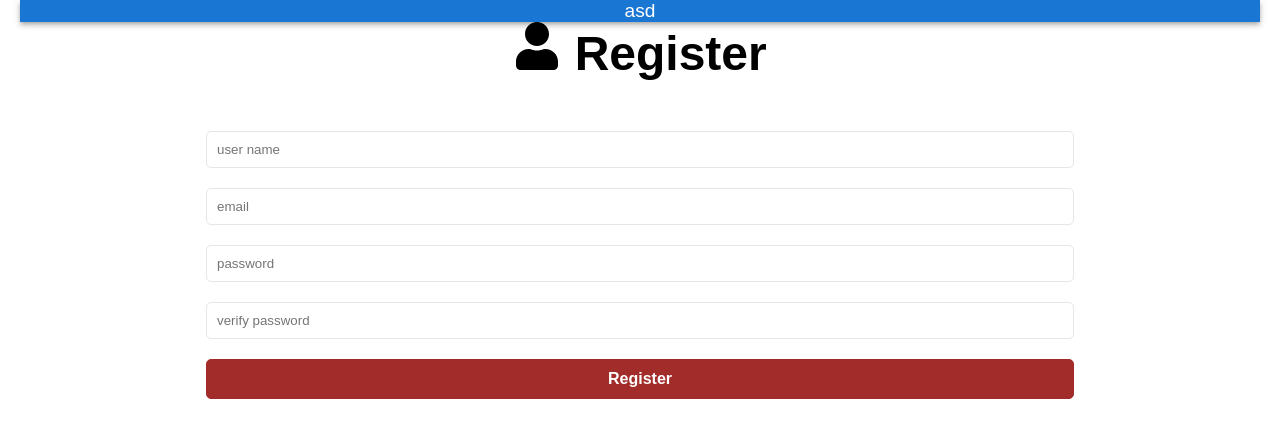
Repository: halilhaninan/MERNSTACK-Note-App
Page: /register (app in frontend/)
The author's editor kept a copy of each file at every save. The page is drawn from the files as they stood at one save, then again after the next save.
The browser window is 1280 px wide. The pictures show the whole page.
The project was rebuilt for these pictures with package versions that can differ from the ones it lists, and the page was loaded fresh each time. Also part of the build but not shown: frontend/src/Components/NotForm.jsx, frontend/src/Components/Spinner.jsx, frontend/src/Components/Not.jsx, frontend/src/pages/Dashboard.jsx, frontend/src/pages/Login.jsx, frontend/src/features/counter/counterSlice.js, frontend/src/features/counter/counter.js, frontend/src/App.css.

Above is the page before, as saved 2022-09-03 10:57:32.

### frontend/src/index.js
import React from "react";
import ReactDOM from "react-dom";
import "./index.css";
import App from "./App";

import { store } from "./app/store";
import { Provider } from "react-redux";

// import { createStore } from "redux";
// import { Provider } from "react-redux";
// import butunRreducerler from "./reducers";

// const hesapla = (state = 0, action) => {
//   switch (action.type) {
//     case "topla":
//       return state + 1;
//     case "cikar":
//       return state - 1;
//     default:
//       return state;
//   }
// };

// let store = createStore(
//   butunRreducerler,
//   window.__REDUX_DEVTOOLS_EXTENSION__ && window.__REDUX_DEVTOOLS_EXTENSION__()
// );

// store.subscribe(() => console.log(store.getState()));
//const root = ReactDOM.createRoot(document.getElementById("root"));
ReactDOM.render(
  <Provider store={store}>
    <App />
  </Provider>,
  document.getElementById("root")
);

// If you want to start measuring performance in your app, pass a function
// to log results (for example: reportWebVitals(console.log))
// or send to an analytics endpoint. Learn more: https://bit.ly/CRA-vitals

### frontend/src/index.css
@import url("https://fonts.googleapis.com/css2?family=Lobster&display=swap");

* {
  margin: 0;
  padding: 0;
  box-sizing: border-box;
}

body {
  font-family: Arial, Helvetica, sans-serif;
  height: 100vh;
  font-size: larger;
}

a {
  text-decoration: none;
  color: #000;
}

p {
  line-height: 1.7;
}

ul {
  list-style: none;
}

li {
  line-height: 2.2;
}

h1,
h2,
h3 {
  font-weight: 600;
  margin-bottom: 10px;
}

.container {
  width: 100%;
  max-width: 1500px;
  margin: 0 auto;
  padding: 0 20px;
  text-align: center;
}

.header {
  display: flex;
  justify-content: space-between;
  align-items: center;
  padding: 20px 0;
  border-bottom: 1px solid #e6e6e6;
  margin-bottom: 60px;
}

.header ul {
  display: flex;
  align-items: center;
  justify-content: space-between;
}

.header ul li {
  margin-left: 20px;
}

.header ul li a {
  display: flex;
  align-items: center;
  color: #a22c29;
}

.header ul li a:hover {
  color: #f27059;
}

.header ul li a svg {
  margin-right: 5px;
}

.heading {
  font-size: 2rem;
  font-weight: 700;
  margin-bottom: 50px;
  padding: 0 20px;
}

.heading p {
  color: #828282;
}

.notlar {
  display: grid;
  grid-template-columns: repeat(3, 1fr);
  gap: 10px;
}

.not {
  background-color: #f4f4f4;
  margin: 10px 0;
  padding: 20px 0 10px;
  position: relative;
}

.not .close {
  position: absolute;
  top: 10px;
  right: 15px;
  cursor: pointer;
  border: none;
  background: none;
}

.form,
.content {
  width: 70%;
  margin: 0 auto;
}

.form-group {
  margin-bottom: 10px;
}

.form-group input,
.form-group textarea,
.form-group select {
  width: 100%;
  padding: 10px;
  border: 1px solid #e6e6e6;
  border-radius: 5px;
  margin-bottom: 10px;
  font-family: inherit;
}

.form-group label {
  text-align: left;
  display: block;
  margin: 0 0 5px 3px;
}

.btn {
  padding: 10px 20px;
  border: 1px solid #a22c29;
  border-radius: 5px;
  background: #a22c29;
  color: #fff;
  font-size: 16px;
  font-weight: 700;
  cursor: pointer;
  text-align: center;
  appearance: button;
  display: flex;
  align-items: center;
  justify-content: center;
}

.btn svg {
  margin-right: 8px;
}

.btn-reverse {
  background: #fff;
  color: #000;
}

.btn-block {
  width: 100%;
  margin-bottom: 20px;
}

.btn-add {
  background: #34a0a4 !important;
  border: 1px solid #34a0a4;
}

.btn:hover {
  transform: scale(0.98);
}

.loadingSpinnerContainer {
  position: fixed;
  top: 0;
  right: 0;
  bottom: 0;
  left: 0;
  background-color: rgba(0, 0, 0, 0.5);
  z-index: 5000;
  display: flex;
  justify-content: center;
  align-items: center;
}

.loadingSpinner {
  width: 64px;
  height: 64px;
  border: 8px solid;
  border-color: #000 transparent #555 transparent;
  border-radius: 50%;
  animation: spin 1.2s linear infinite;
}

@keyframes spin {
  0% {
    transform: rotate(0deg);
  }
  100% {
    transform: rotate(360deg);
  }
}

@media (max-width: 960px) {
  .notlar {
    grid-template-columns: repeat(2, 1fr);
  }
}

@media (max-width: 600px) {
  .form {
    width: 90%;
  }

  .heading h1 {
    font-size: 2rem;
  }

  .heading p {
    font-size: 1.5rem;
  }

  .notlar {
    grid-template-columns: repeat(1, 1fr);
  }
}

### frontend/src/App.js
import { BrowserRouter as Router, Routes, Route } from "react-router-dom";
import Header from "./Components/Header";
import Dashboard from "./pages/Dashboard";
import Login from "./pages/Login";
import Register from "./pages/Register";

// import { useSelector, useDispatch } from "react-redux";
// import { girisYap, topla, cikar } from "./actions";

import { ToastContainer } from "react-toastify";
import "react-toastify/dist/ReactToastify.css";
import Counter from "./features/counter/counter";
import "./App.css";

function App() {
  // return (
  //   <div>
  //     <Counter />
  //   </div>
  // );
  return (
    <>
      <Router>
        <div className="container">
          <Header></Header>
          <Routes>
            <Route path="/" element={<Dashboard />} />
            <Route path="/register" element={<Register />} />
            <Route path="/login" element={<Login />} />
          </Routes>
        </div>
      </Router>
      <ToastContainer />
    </>
  );
  //
  //
  //
  // const giris = useSelector((state) => state.giris);
  // const hesapla = useSelector((state) => state.hesapla);
  // const dispatch = useDispatch();
  // return (
  //   <div className="app">
  //     {giris ? (
  //       <>
  //         {hesapla}
  //         <button onClick={() => dispatch(topla())}>+</button>
  //         <button onClick={() => dispatch(cikar())}>-</button>
  //       </>
  //     ) : (
  //       <>
  //         <h3>please sign in</h3>
  //         <button onClick={() => dispatch(girisYap())}>sign in</button>
  //       </>
  //     )}
  //   </div>
  // );
}

export default App;

### frontend/src/app/store.js
import { configureStore } from "@reduxjs/toolkit";

import authReducer from "../features/auth/authSlice";
import notReducer from "../features/data/dataSlice";

export const store = configureStore({
  reducer: {
    auth: authReducer,
    notlar: notReducer,
  },
});

// yeni not olustururken altta olan kod gibi dataslice olustur sonra store.js den import et reducer ile tanimla ++ data service olusturuluyor

// import { createSlice, createAsyncThunk } from "@reduxjs/toolkit";

// const initialState = {
//   notlar: [],
//   isHata: false,
//   isBasari: false,
//   isYkleniyor: false,
//   mesaj: "",
// };

// export const notSlice = createSlice({
//   name: "notlar",
//   initialState,
//   reducers: {
//     reset: (state) => initialState,
//   },
// });

// export const { reset }  = notSlice.actions;
// export default notSlice.reducer;

### frontend/src/Components/Header.jsx
import React from "react";
import { FaSignInAlt, FaSignOutAlt, FaUser, FaPen } from "react-icons/fa";
import { Link, useNavigate } from "react-router-dom";
import { useSelector, useDispatch } from "react-redux";
import { logout, reset } from "../features/auth/authSlice";
import AppBar from "@mui/material/AppBar";
import { Toolbar, Typography, Button } from "@mui/material";
import { Login, Face, Home, Logout } from "@mui/icons-material";

function Header() {
  const navigate = useNavigate();
  const dispatch = useDispatch();

  const { kullanici } = useSelector((state) => state.auth);

  const onLogout = () => {
    dispatch(logout());
    dispatch(reset());
    navigate("/login");
  };

  return (
    <AppBar position="static" color="primary">
      asd
    </AppBar>
  );

  // return (
  //   <header className="header">
  //     <h2>mongo db test app </h2>
  //     <div className="logo"></div>
  //     <ul>
  //       {kullanici ? (
  //         <>
  //           <li>
  //             <Link to="/">
  //               <FaPen /> Create Note
  //             </Link>
  //           </li>
  //           <li>
  //             <button className="btn" onClick={onLogout}>
  //               Logout{" "}
  //             </button>
  //           </li>
  //         </>
  //       ) : (
  //         <>
  //           <li>
  //             <Link to="/login">
  //               <FaSignInAlt /> Login
  //             </Link>
  //           </li>
  //           <li>
  //             <Link to="/register">
  //               <FaUser /> Register
  //             </Link>
  //           </li>
  //         </>
  //       )}
  //     </ul>
  //   </header>
  // );
}

export default Header;

### frontend/src/pages/Register.jsx
import React, { useState } from "react";
import { useEffect } from "react";
import { FaUser } from "react-icons/fa";
import { useSelector, useDispatch } from "react-redux";
import { useNavigate } from "react-router-dom";
import { toast } from "react-toastify";
import { register, reset } from "../features/auth/authSlice";
import Spinner from "../Components/Spinner";

function Register() {
  const navigate = useNavigate();
  const dispatch = useDispatch();

  const { kullanici, isHata, isBasari, isYukleniyor, mesaj } = useSelector(
    (state) => state.auth
  );

  const [formData, setFormData] = useState({
    kullaniciAd: "",
    email: "",
    parola: "",
    parolaKontrol: "",
  });

  const { kullaniciAd, email, parola, parolaKontrol } = formData;

  const onChange = (e) => {
    setFormData((prev) => ({
      ...prev,
      [e.target.name]: e.target.value,
    }));
  };

  const onSubmit = (e) => {
    e.preventDefault();
    // console.log(formData);

    if (parola !== parolaKontrol) {
      toast.error("parolalar eslesmedi");
    } else {
      const userData = {
        kullaniciAd,
        email,
        parola,
      };
      dispatch(register(userData));
    }
  };

  useEffect(() => {
    if (isHata) {
      toast.error(mesaj);
    }
    if (isBasari || kullanici) {
      navigate("/");
    }
    dispatch(reset());
  }, [kullanici, isHata, isBasari, mesaj, navigate, dispatch]);

  if (isYukleniyor) {
    <Spinner />;
  }

  return (
    <>
      <section className="heading">
        <h1>
          <FaUser /> Register
        </h1>
      </section>
      <section className="form">
        <form onSubmit={onSubmit}>
          <div className="form-group">
            <input
              type="text"
              classname="form-control"
              id="kullaniciAd"
              name="kullaniciAd"
              value={kullaniciAd}
              placeholder="user name"
              onChange={onChange}></input>
          </div>
          <div className="form-group">
            <input
              type="email"
              classname="form-control"
              id="email"
              name="email"
              value={email}
              placeholder="email"
              onChange={onChange}></input>
          </div>
          <div className="form-group">
            <input
              type="password"
              classname="form-control"
              id="parola"
              name="parola"
              value={parola}
              placeholder="password"
              onChange={onChange}></input>
          </div>
          <div className="form-group">
            <input
              type="password"
              classname="form-control"
              id="parolaKontrol"
              name="parolaKontrol"
              value={parolaKontrol}
              placeholder="verify password"
              onChange={onChange}></input>
          </div>
          <div className="form-group">
            <button type="submit" className="btn btn-block">
              Register
            </button>
          </div>
        </form>
      </section>
    </>
  );
}

export default Register;

### frontend/src/features/auth/authSlice.js
import { createAsyncThunk, createSlice } from "@reduxjs/toolkit";
import authService from "./authService";

const kullanici = JSON.parse(localStorage.getItem("kullanici"));

const initialState = {
  kullanici: kullanici ? kullanici : null,
  isHata: false,
  isBasari: false,
  isYukleniyor: false,
  mesaj: "",
};

export const register = createAsyncThunk(
  "auth/register",
  async (user, thunkAPI) => {
    try {
      return await authService.register(user);
    } catch (error) {
      const mesaj =
        (error.response &&
          error.response.data &&
          error.response.data.message) ||
        error.message ||
        error.toString();

      return thunkAPI.rejectWithValue(mesaj);
    }
  }
);

export const authSlice = createSlice({
  name: "auth",
  initialState,
  reducers: {
    reset: (state) => {
      state.isHata = false;
      state.isBasari = false;
      state.isYukleniyor = false;
      state.mesaj = "";
    },
  },
  extraReducers: (builder) => {
    builder
      .addCase(register.pending, (state) => {
        state.isYukleniyor = true;
      })
      .addCase(register.fulfilled, (state, action) => {
        state.isYukleniyor = false;
        state.isBasari = true;
        state.kullanici = action.payload;
      })
      .addCase(register.rejected, (state, action) => {
        state.isYukleniyor = false;
        state.isHata = true;
        state.mesaj = action.payload;
        state.kullanici = null;
      }) //
      .addCase(login.pending, (state) => {
        state.isYukleniyor = true;
      })
      .addCase(login.fulfilled, (state, action) => {
        state.isYukleniyor = false;
        state.isBasari = true;
        state.kullanici = action.payload;
      })
      .addCase(login.rejected, (state, action) => {
        state.isYukleniyor = false;
        state.isHata = true;
        state.mesaj = action.payload;
        state.kullanici = null;
      })
      .addCase(logout.fulfilled, (state) => {
        state.kullanici = null;
      });
  },
});

export const logout = createAsyncThunk("auth/logout", async () => {
  await authService.logout();
});

export const login = createAsyncThunk("auth/login", async (user, thunkAPI) => {
  try {
    return await authService.login(user);
  } catch (error) {
    const mesaj =
      (error.response && error.response.data && error.response.data.message) ||
      error.message ||
      error.toString();

    return thunkAPI.rejectWithValue(mesaj);
  }
});

export const { reset } = authSlice.actions;
export default authSlice.reducer;

### frontend/src/features/data/dataSlice.js
import { createSlice, createAsyncThunk } from "@reduxjs/toolkit";
import thunk from "redux-thunk";
import dataService from "./dataService";

const initialState = {
  notlar: [],
  isHata: false,
  isBasari: false,
  isYukleniyor: false,
  mesaj: "",
};

export const notSlice = createSlice({
  name: "notlar",
  initialState,
  reducers: {
    reset: (state) => initialState,
  },
  extraReducers: (builder) => {
    builder
      .addCase(notOlustur.pending, (state) => {
        state.isYukleniyor = true;
      })
      .addCase(notOlustur.fulfilled, (state, action) => {
        state.isYukleniyor = false;
        state.isBasari = true;
        state.notlar.unshift(action.payload);
      })
      .addCase(notOlustur.rejected, (state, action) => {
        state.isYukleniyor = false;
        state.isHata = true;
        state.isBasari = false;
        state.mesaj = action.payload;
      })
      .addCase(notlarGetir.pending, (state) => {
        state.isYukleniyor = true;
      })
      .addCase(notlarGetir.fulfilled, (state, action) => {
        state.isYukleniyor = false;
        state.isBasari = true;
        state.notlar = action.payload;
      })
      .addCase(notlarGetir.rejected, (state, action) => {
        state.isYukleniyor = false;
        state.isBasari = false;
        state.isHata = true;
        state.mesaj = action.payload;
      })
      .addCase(notSil.pending, (state) => {
        state.isYukleniyor = true;
      })
      .addCase(notSil.fulfilled, (state, action) => {
        state.isYukleniyor = false;
        state.isBasari = true;
        state.notlar = state.notlar.filter(
          (not) => not._id !== action.payload.id
        );
      })
      .addCase(notSil.rejected, (state, action) => {
        state.isYukleniyor = false;
        state.isBasari = false;
        state.isHata = true;
        state.mesaj = action.payload;
      });
  },
});

export const notOlustur = createAsyncThunk(
  "notlar/create",
  async (notData, thunkAPI) => {
    try {
      const token = thunkAPI.getState().auth.kullanici.token;
      return await dataService.notOlustur(notData, token);
    } catch (error) {
      const mesaj =
        (error.response &&
          error.response.data &&
          error.response.data.message) ||
        error.message ||
        error.toString();

      return thunkAPI.rejectWithValue(mesaj);
    }
  }
);

export const notlarGetir = createAsyncThunk(
  "notlar/getAll",
  async (_, thunkAPI) => {
    try {
      const token = thunkAPI.getState().auth.kullanici.token;
      return await dataService.notlarGetir(token);
    } catch (error) {
      const mesaj =
        (error.response &&
          error.response.data &&
          error.response.data.message) ||
        error.message ||
        error.toString();

      return thunkAPI.rejectWithValue(mesaj);
    }
  }
);

export const notSil = createAsyncThunk(
  "notlar/delete",
  async (id, thunkAPI) => {
    try {
      const token = thunkAPI.getState().auth.kullanici.token;
      return await dataService.notSil(id, token);
    } catch (error) {
      const mesaj =
        (error.response &&
          error.response.data &&
          error.response.data.message) ||
        error.message ||
        error.toString();

      return thunkAPI.rejectWithValue(mesaj);
    }
  }
);

export const { reset } = notSlice.actions;
export default notSlice.reducer;

### frontend/src/features/auth/authService.js
import axios from "axios";

const API_URL = "/api/kullanicilar/";

const register = async (kullaniciData) => {
  const response = await axios.post(API_URL, kullaniciData);

  if (response.data) {
    localStorage.setItem("kullanici", JSON.stringify(response.data));
  }

  return response.data;
};

const logout = () => {
  localStorage.removeItem("kullanici");
};

const login = async (kullaniciData) => {
  const response = await axios.post(API_URL + "login", kullaniciData);
  if (response.data) {
    localStorage.setItem("kullanici", JSON.stringify(response.data));
  }

  return response.data;
};

const authService = {
  register,
  logout,
  login,
};

export default authService;

### frontend/src/features/data/dataService.js
import axios from "axios";

const API_URL = "/api/notlar/";

const notOlustur = async (notData, token) => {
  const config = {
    headers: {
      Authorization: `Bearer ${token}`,
    },
  };
  const response = await axios.post(API_URL, notData, config);

  return response.data;
};

const notlarGetir = async (token) => {
  const config = {
    headers: {
      Authorization: `Bearer ${token}`,
    },
  };
  const response = await axios.get(API_URL, config);
  return response.data;
};

const notSil = async (notId, token) => {
  const config = {
    headers: {
      Authorization: `Bearer ${token}`,
    },
  };

  const response = await axios.delete(API_URL + notId, config);

  return response.data;
};

const dataService = {
  notOlustur,
  notlarGetir,
  notSil,
};

export default dataService;

Loaded but not shown: frontend/public/index.html (common file)

After the next save:
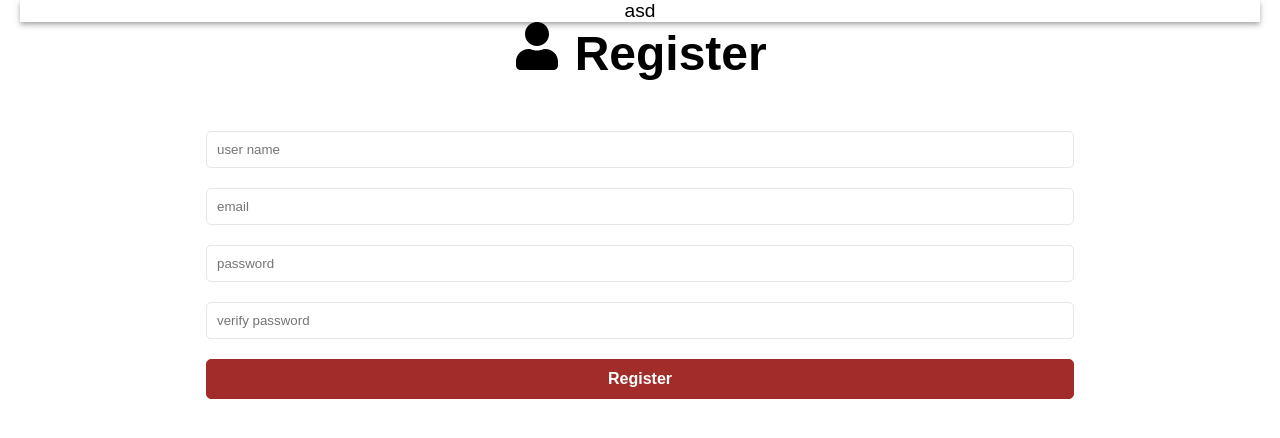
Saved 39 s later.
--- a/frontend/src/Components/Header.jsx
+++ b/frontend/src/Components/Header.jsx
@@ -20,7 +20,7 @@ function Header() {
   };
 
   return (
-    <AppBar position="static" color="primary">
+    <AppBar position="static" color="inherit">
       asd
     </AppBar>
   );
